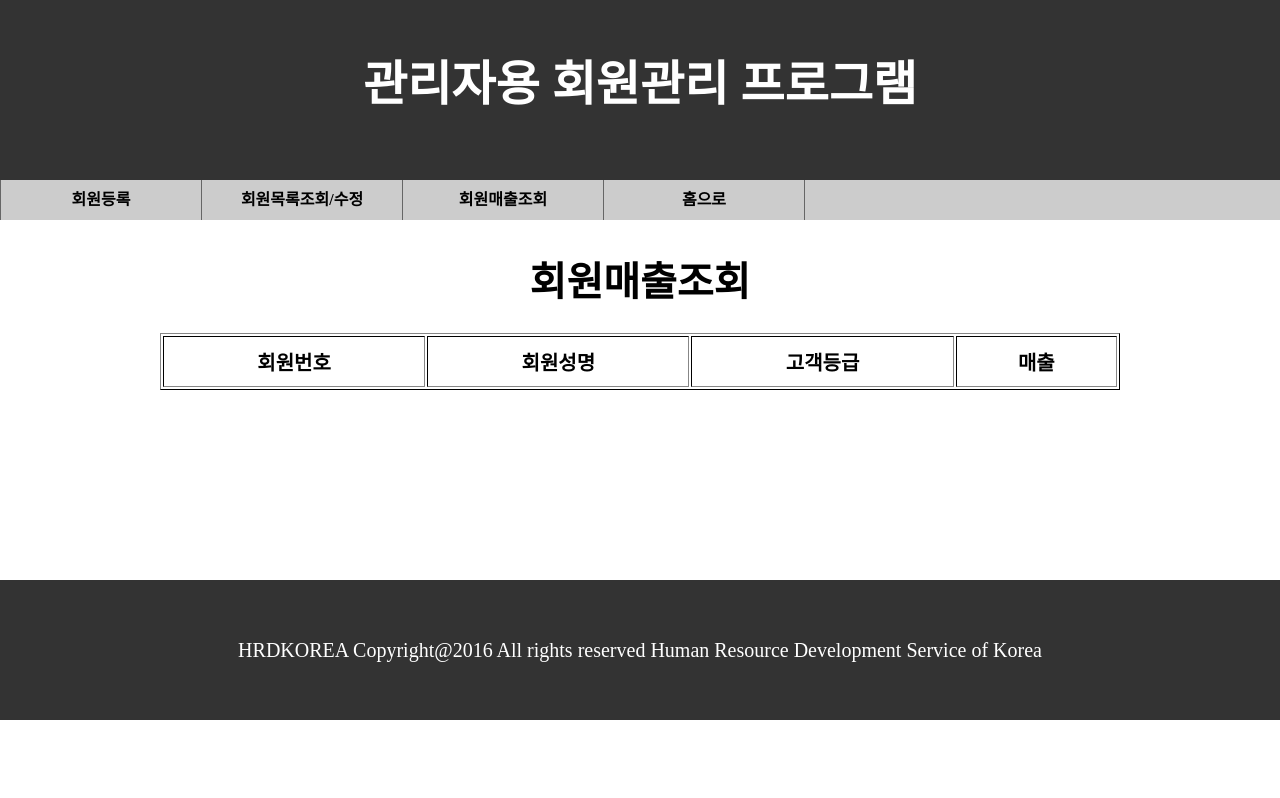
Repository: jsky1234/NCS
Page: http://localhost/HRD_1/memberSearch.jsp
These files come from the project's save history. The page is drawn as it stood at one moment and after the next save; the edit follows.
The browser window is 1280 px wide. The pictures show the whole page.
The page is served by Tomcat 9. Queries for data that is not in the repository find no rows.

Above is the page before, as saved 2020-11-11 06:01:44.

After the next save:
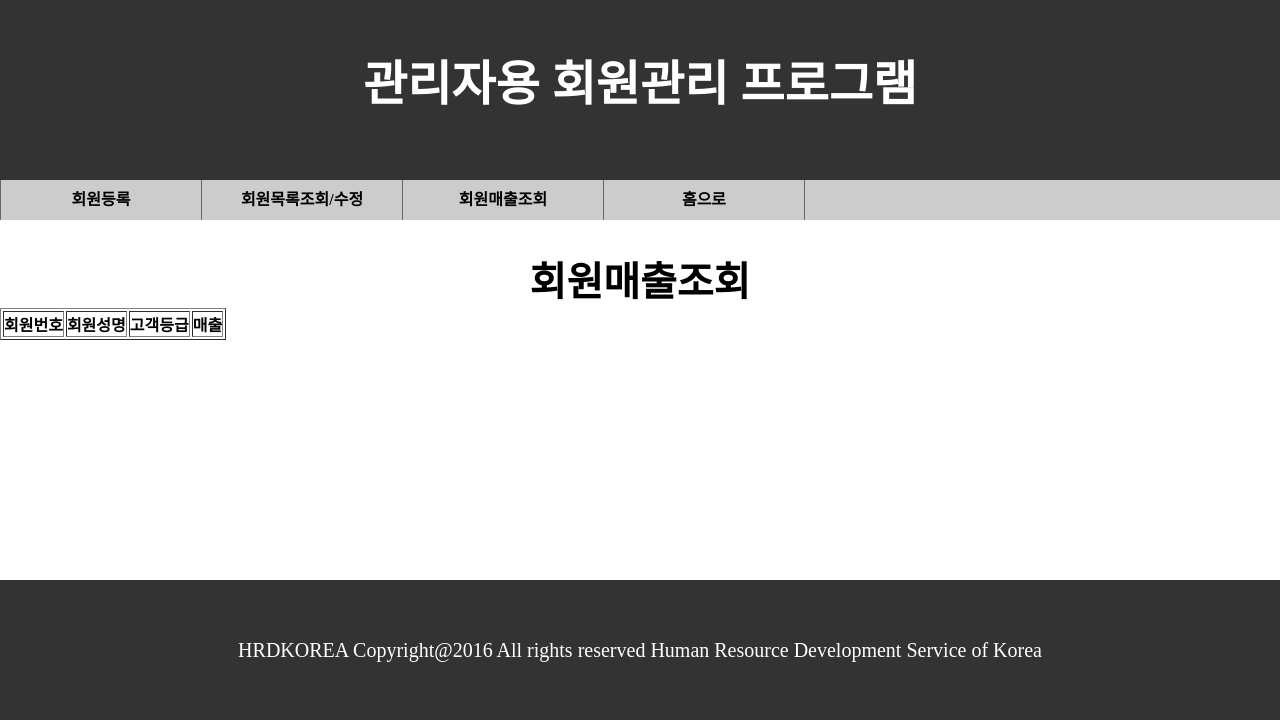
Saved 14 s later.
--- a/ncs1/HRD_1/WebContent/memberSearch.jsp
+++ b/ncs1/HRD_1/WebContent/memberSearch.jsp
@@ -7,13 +7,7 @@
 <%@ page import="DBPKG.DBcon" %>
 <%@ page import="java.util.*, java.text.*" %>
 <%@ include file="admin_header.jsp" %>
-<style>
-.main_help { width: 960px; margin: 25px auto; font-size: 20px; min-height: 410px; }
-.main_help ol { padding-top: 5px; }
-.tb { display: table; border: 1; border-color: #333; width: 960px; text-align: center;}
-.tb tr { display: table-row; }
-.tb td, .tb th { display: table-cell; padding: 10px; }
-</style>
+
 <%@ include file="admin_nav.jsp" %>
 <main class="content">
 	<section class="page" id="page1">
